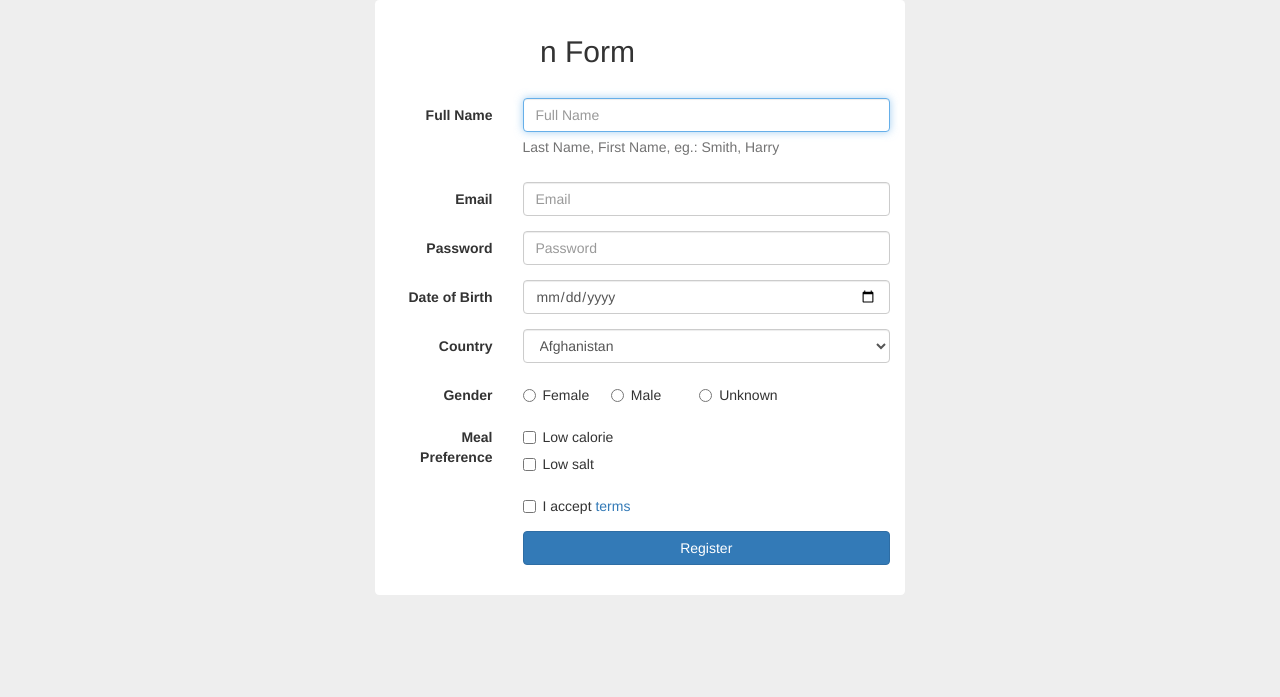
Repository: MeghaNagari/PracticeAtVMC
Page: Practice/VuePractice/WebContent/LoginDisplay.html
The author's editor kept a copy of each file at every save. The page is drawn from the files as they stood at one save, then again after the next save.
The browser window is 1280 px wide. The pictures show the whole page.
Some web libraries are served in a nearby version.

Above is the page before, as saved 2018-03-20 17:30:08.
Console error (its wording comes from the project's code and is left out).

After the next save:
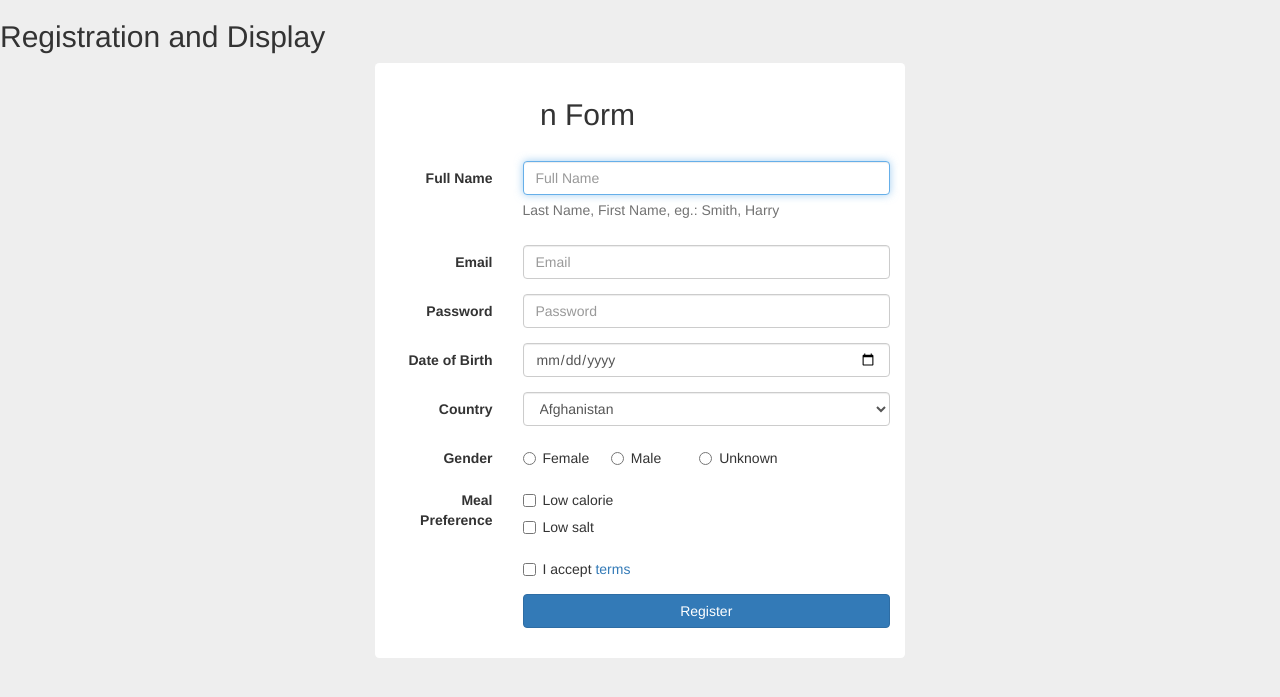
Saved 3 min 10 s later.
--- a/Practice/VuePractice/WebContent/LoginDisplay.html
+++ b/Practice/VuePractice/WebContent/LoginDisplay.html
@@ -4,9 +4,9 @@
 <link rel="stylesheet" href="css/LoginStyle.css">
 <script src="https://cdn.jsdelivr.net/npm/vue/dist/vue.js"></script>
 <!------ Include the above in your HEAD tag ---------->
-
+<h2 style="align:center">Registration and Display</h2>
 <div class="container">
-            <form v-on:submit.prevent="my-component"  class="form-horizontal" role="form">
+      <form v-on:submit.prevent="my-component"  class="form-horizontal" role="form">
                 <h2>n Form</h2>
                 <div class="form-group">
                     <label for="firstName" class="col-sm-3 control-label">Full Name</label>
